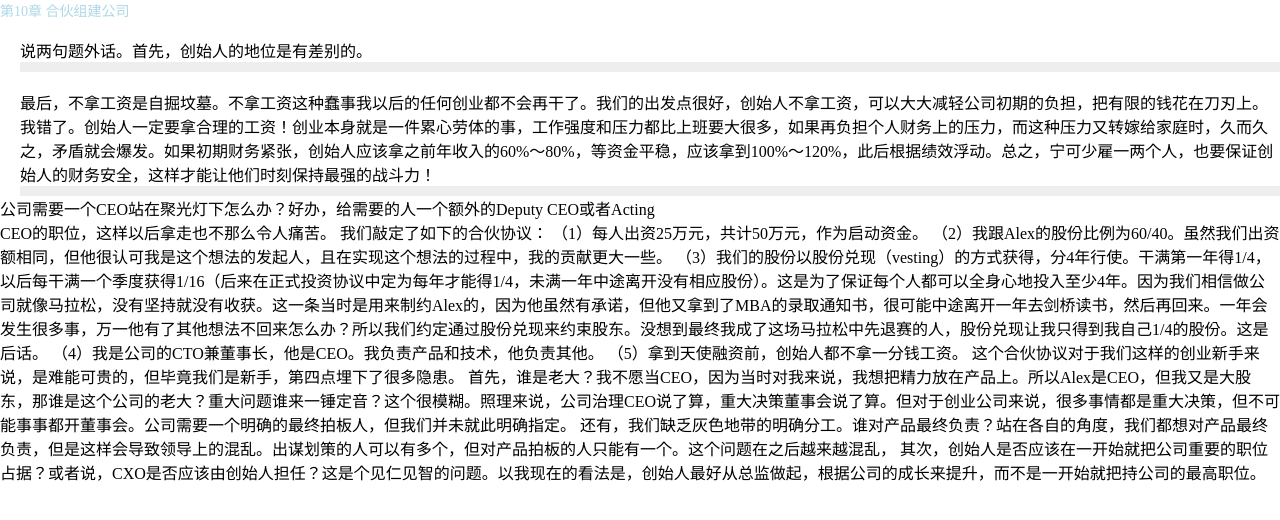
Repository: xudusheng/SSM
Page: SpringMVC/WebContent/HTML/first.html
The author's editor kept a copy of each file at every save. The page is drawn from the files as they stood at one save, then again after the next save.
The browser window is 1280 px wide. The pictures show the whole page.

Above is the page before, as saved 2016-07-20 07:34:15.

### SpringMVC/WebContent/HTML/first.html
<!DOCTYPE html>
<html>
<head>
<meta charset="UTF-8">
<title>Insert title here</title>
<style type="text/css">
	*{ padding:0; margin:0; }
	.article-title{ color:lightblue; font-size:14px; }
	.content-line--grey{ border-bottom:10px solid #eee; margin-left:20px; }
</style>
</head>
<body>
	<p class='article-title'>第10章 合伙组建公司</p> <br/>
	<p class="content-line--grey">说两句题外话。首先，创始人的地位是有差别的。</p><br/>
	<p class="content-line--grey">最后，不拿工资是自掘坟墓。不拿工资这种蠢事我以后的任何创业都不会再干了。我们的出发点很好，创始人不拿工资，可以大大减轻公司初期的负担，把有限的钱花在刀刃上。我错了。创始人一定要拿合理的工资！创业本身就是一件累心劳体的事，工作强度和压力都比上班要大很多，如果再负担个人财务上的压力，而这种压力又转嫁给家庭时，久而久之，矛盾就会爆发。如果初期财务紧张，创始人应该拿之前年收入的60%～80%，等资金平稳，应该拿到100%～120%，此后根据绩效浮动。总之，宁可少雇一两个人，也要保证创始人的财务安全，这样才能让他们时刻保持最强的战斗力！</p>
	公司需要一个CEO站在聚光灯下怎么办？好办，给需要的人一个额外的Deputy CEO或者Acting
	<br/>
	CEO的职位，这样以后拿走也不那么令人痛苦。 我们敲定了如下的合伙协议： （1）每人出资25万元，共计50万元，作为启动资金。
	（2）我跟Alex的股份比例为60/40。虽然我们出资额相同，但他很认可我是这个想法的发起人，且在实现这个想法的过程中，我的贡献更大一些。
	（3）我们的股份以股份兑现（vesting）的方式获得，分4年行使。干满第一年得1/4，以后每干满一个季度获得1/16（后来在正式投资协议中定为每年才能得1/4，未满一年中途离开没有相应股份）。这是为了保证每个人都可以全身心地投入至少4年。因为我们相信做公司就像马拉松，没有坚持就没有收获。这一条当时是用来制约Alex的，因为他虽然有承诺，但他又拿到了MBA的录取通知书，很可能中途离开一年去剑桥读书，然后再回来。一年会发生很多事，万一他有了其他想法不回来怎么办？所以我们约定通过股份兑现来约束股东。没想到最终我成了这场马拉松中先退赛的人，股份兑现让我只得到我自己1/4的股份。这是后话。
	（4）我是公司的CTO兼董事长，他是CEO。我负责产品和技术，他负责其他。 （5）拿到天使融资前，创始人都不拿一分钱工资。
	这个合伙协议对于我们这样的创业新手来说，是难能可贵的，但毕竟我们是新手，第四点埋下了很多隐患。
	首先，谁是老大？我不愿当CEO，因为当时对我来说，我想把精力放在产品上。所以Alex是CEO，但我又是大股东，那谁是这个公司的老大？重大问题谁来一锤定音？这个很模糊。照理来说，公司治理CEO说了算，重大决策董事会说了算。但对于创业公司来说，很多事情都是重大决策，但不可能事事都开董事会。公司需要一个明确的最终拍板人，但我们并未就此明确指定。
	还有，我们缺乏灰色地带的明确分工。谁对产品最终负责？站在各自的角度，我们都想对产品最终负责，但是这样会导致领导上的混乱。出谋划策的人可以有多个，但对产品拍板的人只能有一个。这个问题在之后越来越混乱，
	其次，创始人是否应该在一开始就把公司重要的职位占据？或者说，CXO是否应该由创始人担任？这是个见仁见智的问题。以我现在的看法是，创始人最好从总监做起，根据公司的成长来提升，而不是一开始就把持公司的最高职位。

</body>
</html>

After the next save:
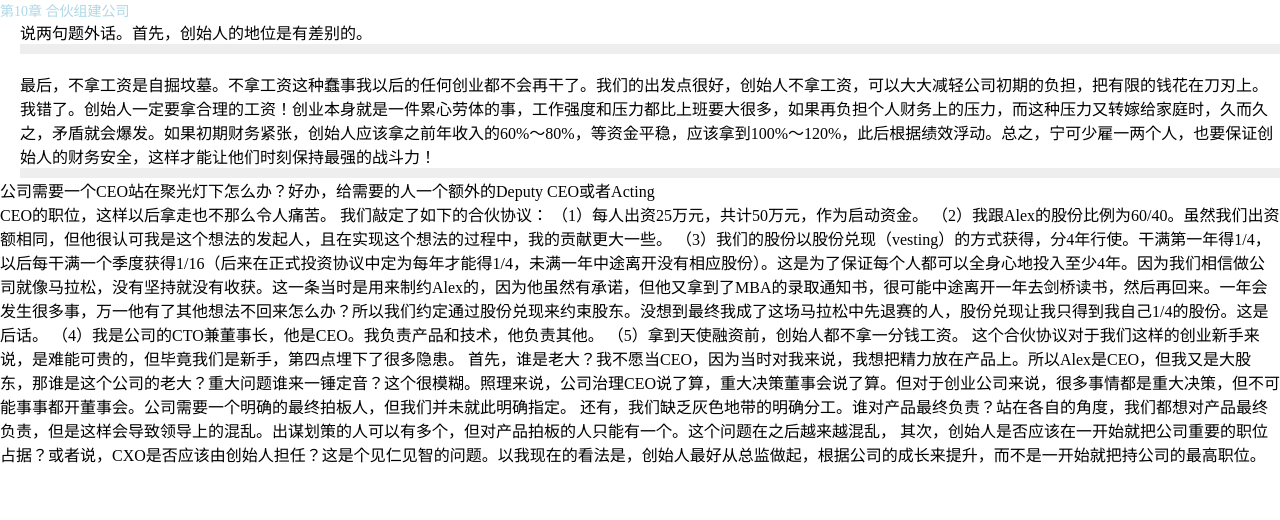
Saved 33 s later.
--- a/SpringMVC/WebContent/HTML/first.html
+++ b/SpringMVC/WebContent/HTML/first.html
@@ -10,7 +10,7 @@
 </style>
 </head>
 <body>
-	<p class='article-title'>第10章 合伙组建公司</p> <br/>
+	<p class='article-title'>第10章 合伙组建公司</p>
 	<p class="content-line--grey">说两句题外话。首先，创始人的地位是有差别的。</p><br/>
 	<p class="content-line--grey">最后，不拿工资是自掘坟墓。不拿工资这种蠢事我以后的任何创业都不会再干了。我们的出发点很好，创始人不拿工资，可以大大减轻公司初期的负担，把有限的钱花在刀刃上。我错了。创始人一定要拿合理的工资！创业本身就是一件累心劳体的事，工作强度和压力都比上班要大很多，如果再负担个人财务上的压力，而这种压力又转嫁给家庭时，久而久之，矛盾就会爆发。如果初期财务紧张，创始人应该拿之前年收入的60%～80%，等资金平稳，应该拿到100%～120%，此后根据绩效浮动。总之，宁可少雇一两个人，也要保证创始人的财务安全，这样才能让他们时刻保持最强的战斗力！</p>
 	公司需要一个CEO站在聚光灯下怎么办？好办，给需要的人一个额外的Deputy CEO或者Acting
